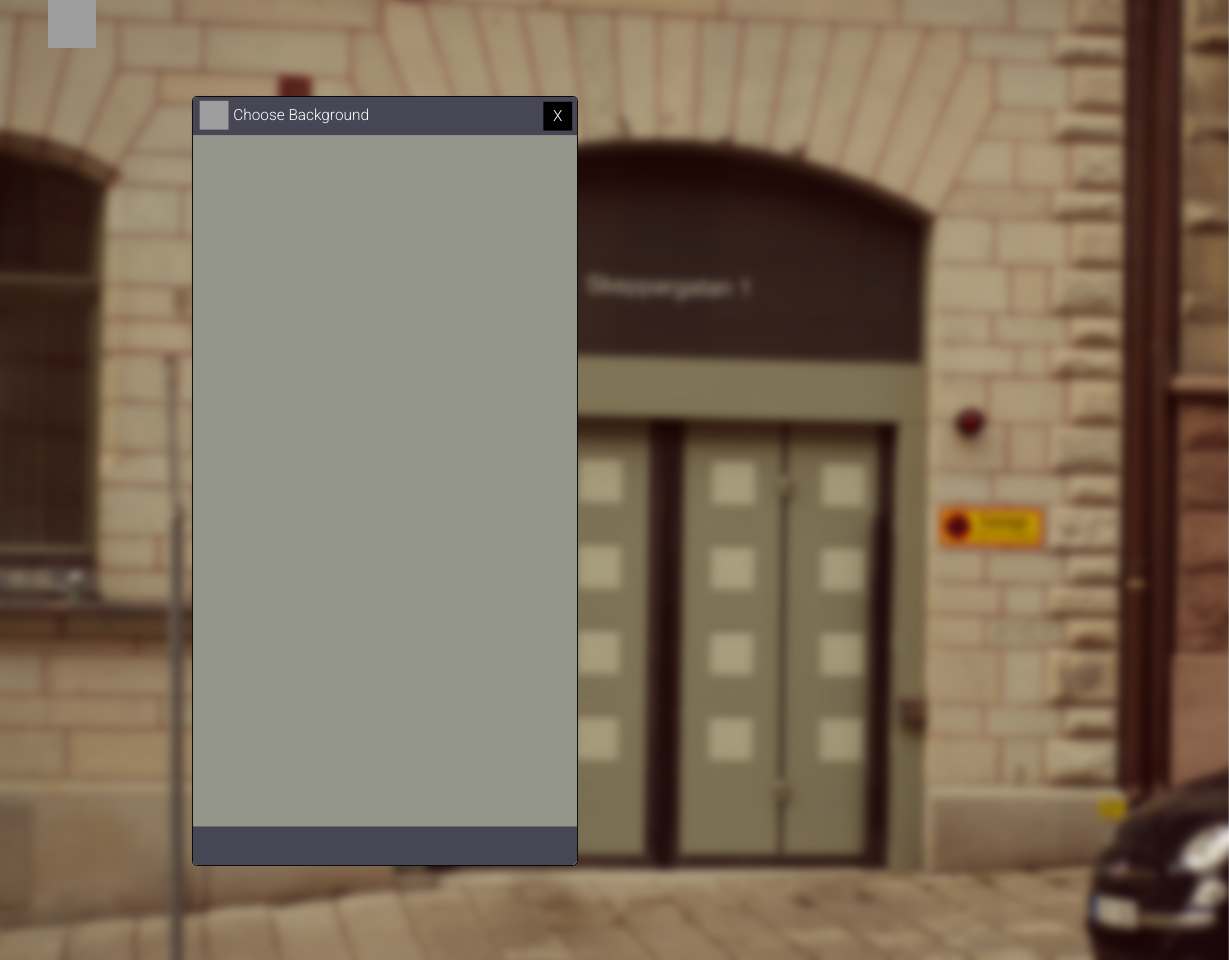
Repository: fl222hr/1dv403-laborationer
Page: 5-pwd/index.html
The author's editor kept a record of every edit. The page is drawn from the files as they stood at one moment, then again after the next edit.
The browser window is 1280 px wide. The pictures show the whole page, at 96% of full size.
Pictures or frames that could not be fetched are drawn as grey boxes. Some web libraries are served in a nearby version.

Above is the page before.

After the next edit:
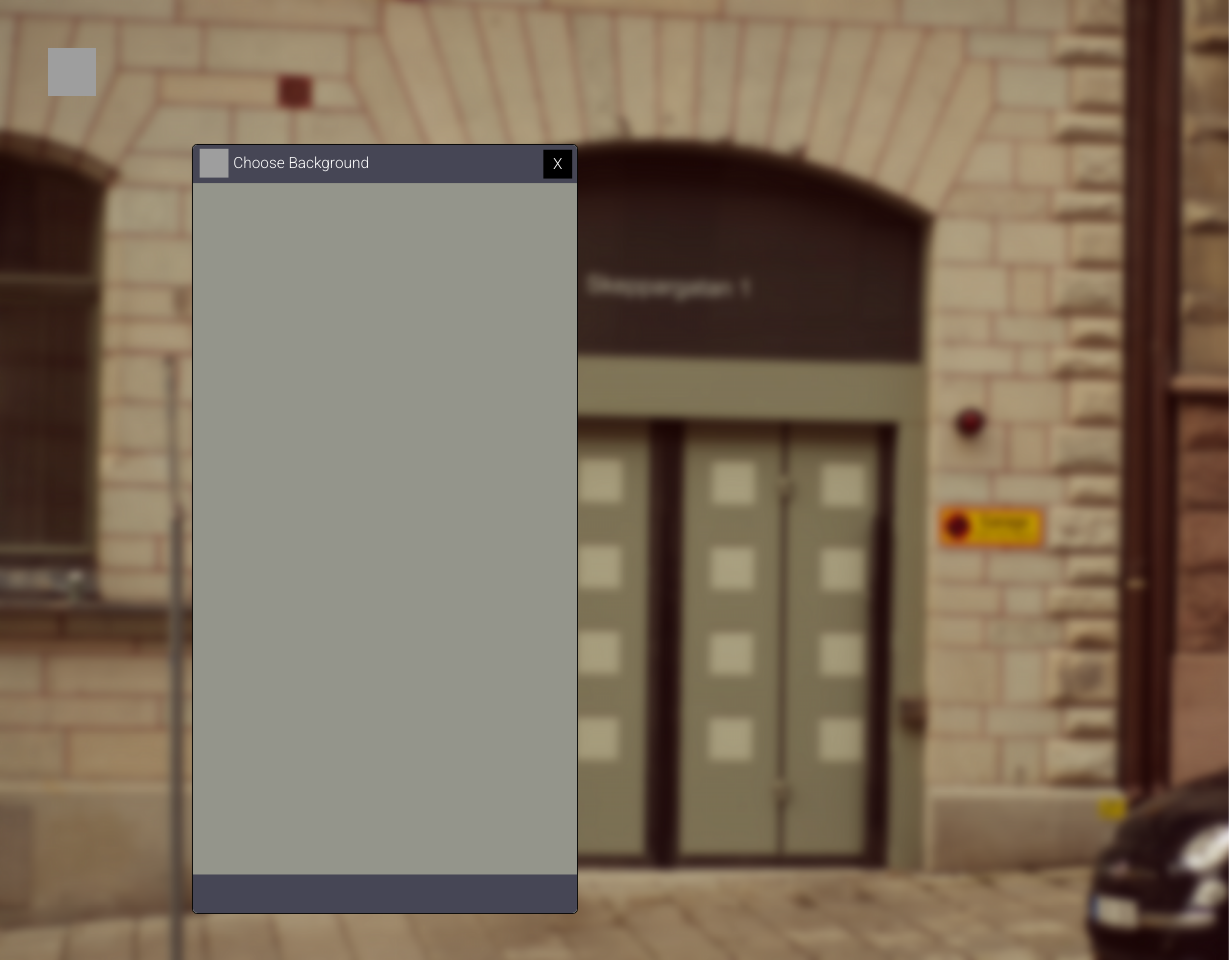
The edit:
--- a/5-pwd/css/custom.css
+++ b/5-pwd/css/custom.css
@@ -19,7 +19,7 @@
     width:50px;
     height:50px;
     margin-left:50px;
-    margin-right:50px;
+    margin-top:50px;
     background-size:contain;
     cursor:pointer;
 }
